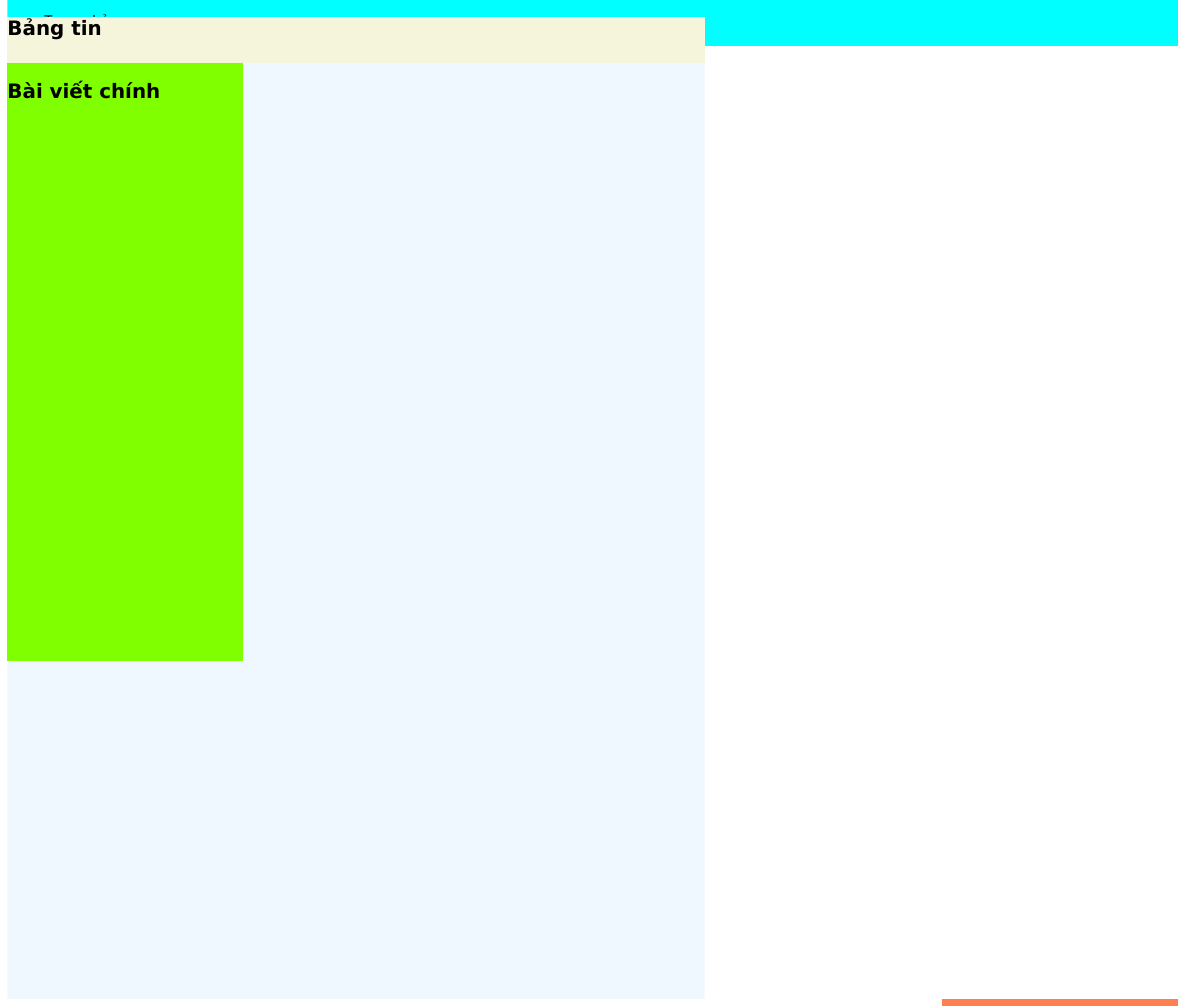
Repository: congle98/CSS_LayoutFacebookCoBan
Page: index.html
An editor plug-in stored every save of this project. The page is shown before and after a run of saves, followed by the edit.
The browser window is 1280 px wide. The pictures show the whole page, at 92% of full size.

Above is the page before, as saved 2021-05-26 15:38:24.

After the next 3 saves:
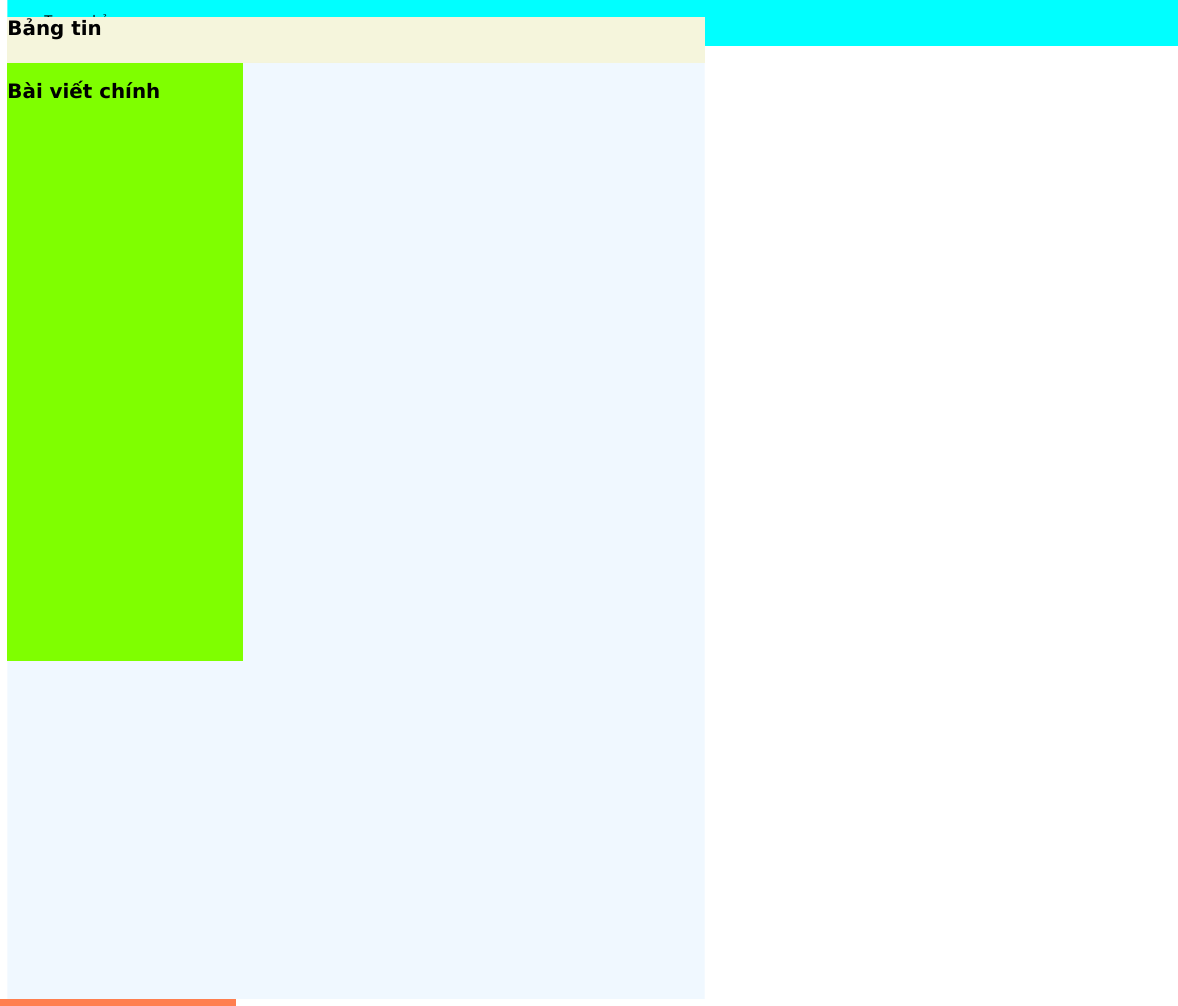
The 3 saves are shown as one change because they came seconds apart.
The last was saved 12 s later.
--- a/index.html
+++ b/index.html
@@ -32,7 +32,7 @@
         #sidebar-right{
             position: fixed;
             width: 20%;
-            right: 0px;
+            left: 0px;
             background-color:coral;
             height: 700px;
         }

After the 5 saves that followed:
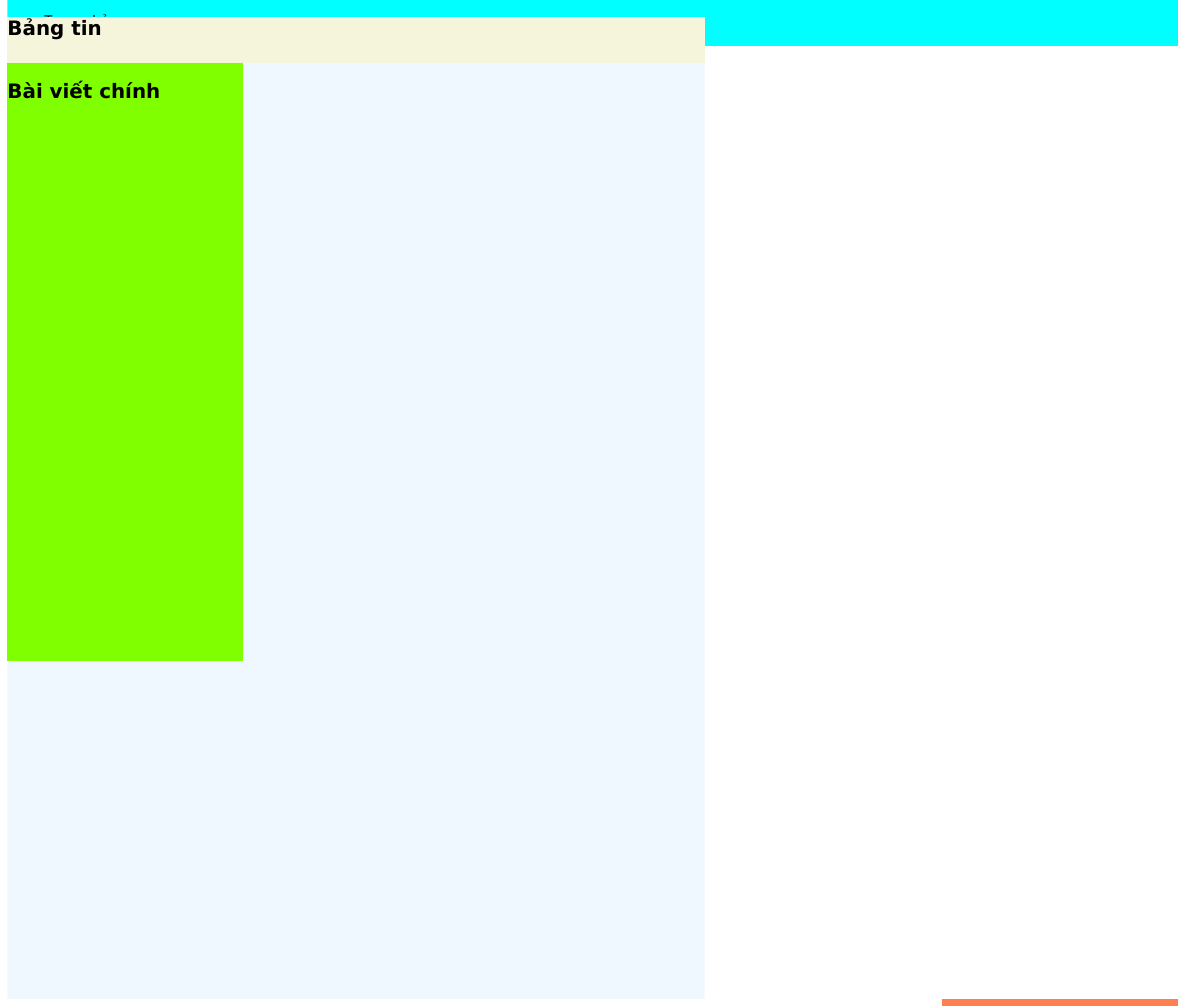
The 5 saves are shown as one change because they came seconds apart.
The last was saved 14 s later.
--- a/index.html
+++ b/index.html
@@ -30,9 +30,9 @@
             background-color:aliceblue;
         }
         #sidebar-right{
+            right: 0px;
             position: fixed;
             width: 20%;
-            left: 0px;
             background-color:coral;
             height: 700px;
         }
